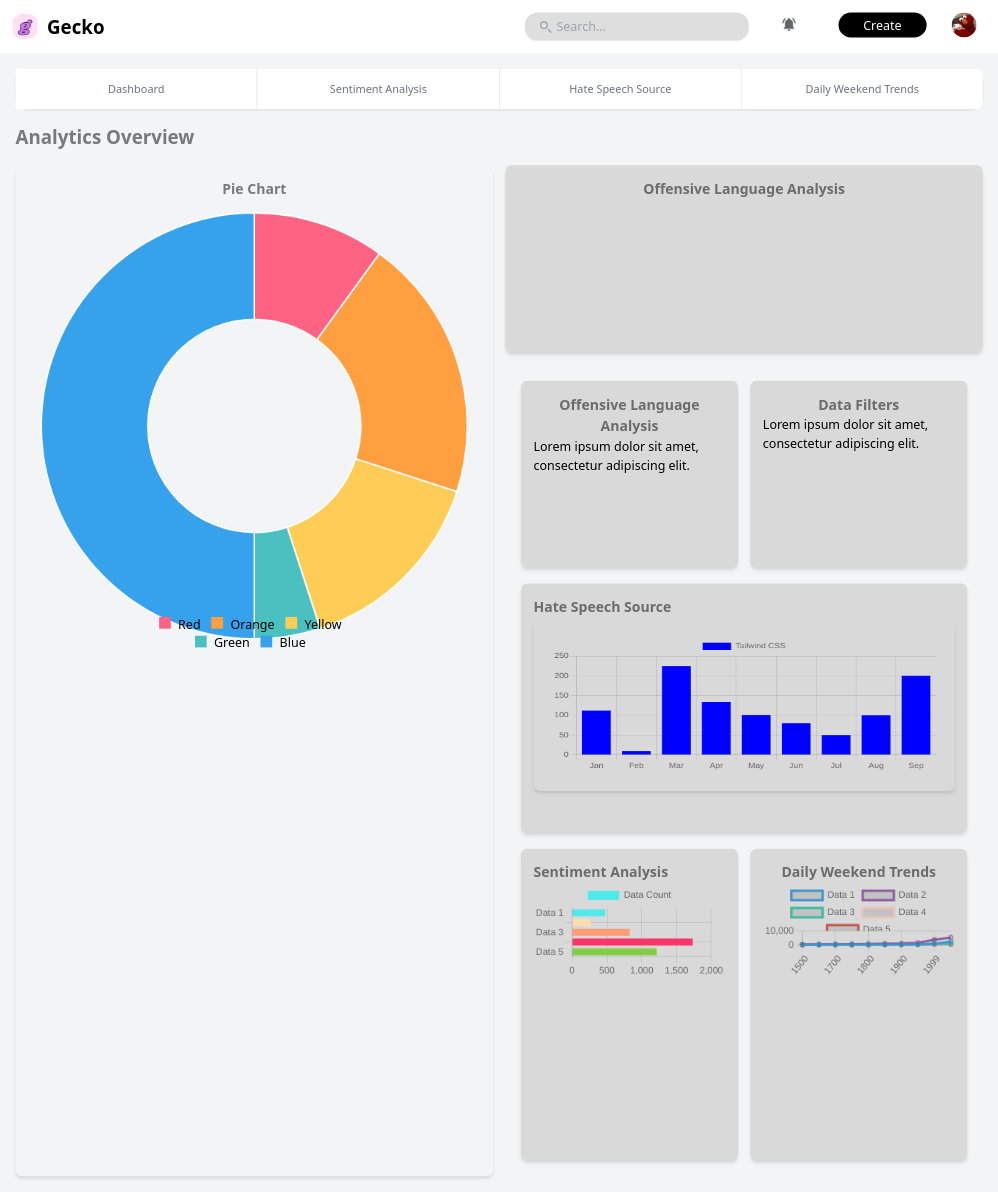
Repository: theamgri/thesis-website-nextjs
Page: website.html
An editor plug-in stored every save of this project. The page is shown before and after the next save, followed by the edit.
The browser window is 1280 px wide. The pictures show the whole page, at 78% of full size.

Above is the page before, as saved 2023-10-04 09:42:22.
Console error: TypeError: Cannot read properties of null (reading 'getContext')

After the next save:
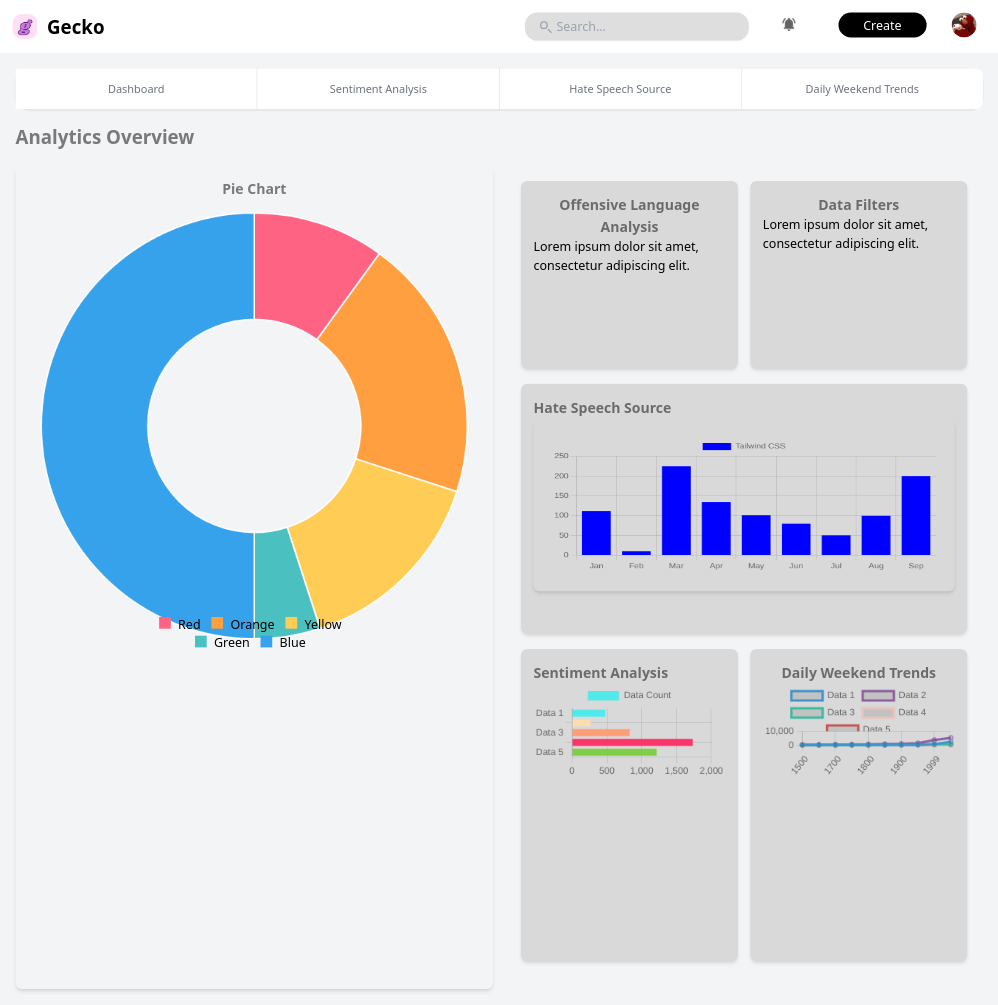
The error is gone.
Saved 21 s later.
--- a/website.html
+++ b/website.html
@@ -189,36 +189,6 @@
   </div>
 
   <!-- Container 1 -->
-  <div class="bg-white p-4 rounded-lg shadow-md" style="background-color: #D9D9D9; height: 15rem;">
-      <h2 class="text-lg text-center opacity-50 font-semibold">Offensive Language Analysis</h2>
-      <canvas class="p-4" id="donutChart"></canvas>
-      <script>
-        var ctx = document.getElementById('my_chart').getContext('2d');
-var myChart = new Chart(ctx, {
-    type: 'bar',
-    data: {
-        labels: ['Jan', 'Feb', 'Mar', 'Apr', 'May', 'Jun'],
-        datasets: [{
-            label: 'Months',
-            data: [10, 50, 30, 90, 60, 70],
-            backgroundColor: '#ffadb9',
-            borderColor: '#f7072b',
-            borderWidth: 2,
-            barThickness: 30,
-            borderRadius: 20
-        }]
-    },
-    options: {
-        scales: {
-            y: {
-                beginAtZero: true
-            }
-        }
-    }
-});
-      </script>
-  </div>
-
 
 
 
